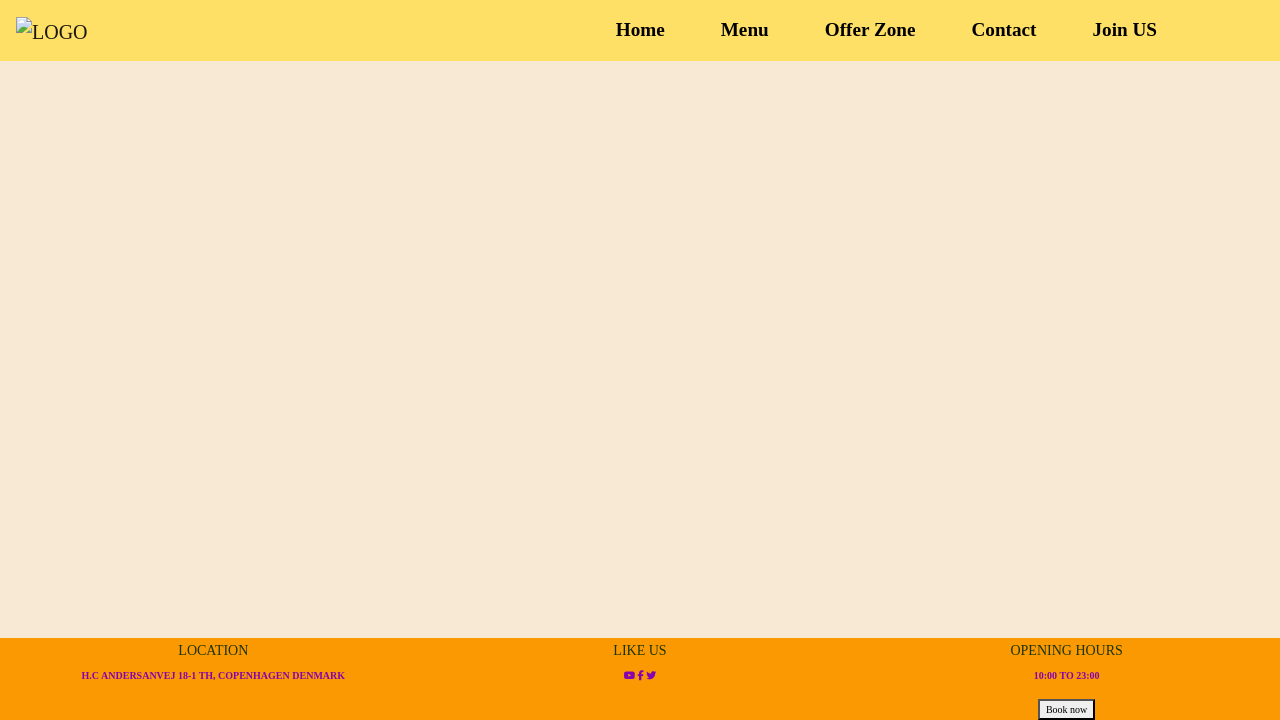
Repository: HMTRIVEDI/project-one
Page: index.html
The author's editor kept a record of every edit. The page is drawn from the files as they stood at one moment, then again after the next edit.
The browser window is 1280 px wide. The pictures show the whole page.
Some web fonts or font styles are not loaded; a fallback is used. Some web libraries are served in a nearby version.

Above is the page before.

After the next edit:
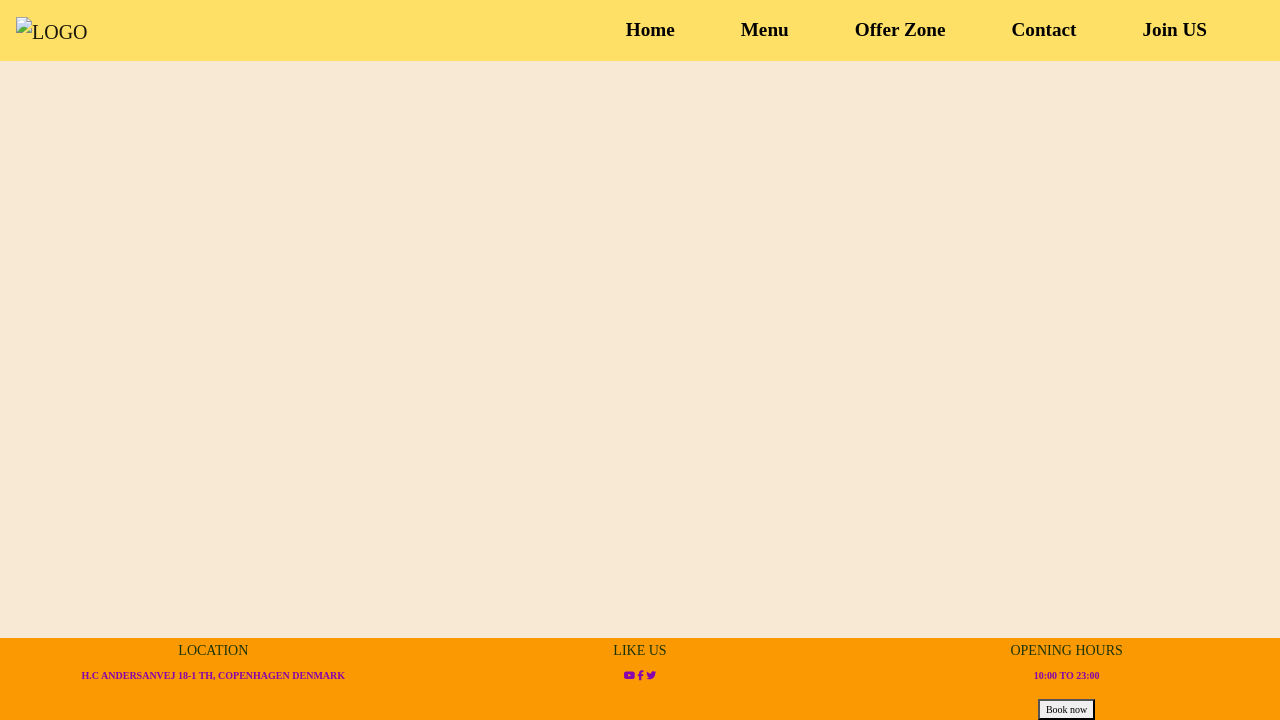
The edit:
--- a/assets/style.css
+++ b/assets/style.css
@@ -49,7 +49,7 @@
 .nav-link {font-weight: bolder;
     font-size: 1.2rem;
     width: 100%;
-    margin: 0px 20px;
+    margin: 0px 25px;
     color: #000000 !important;
 }
 
